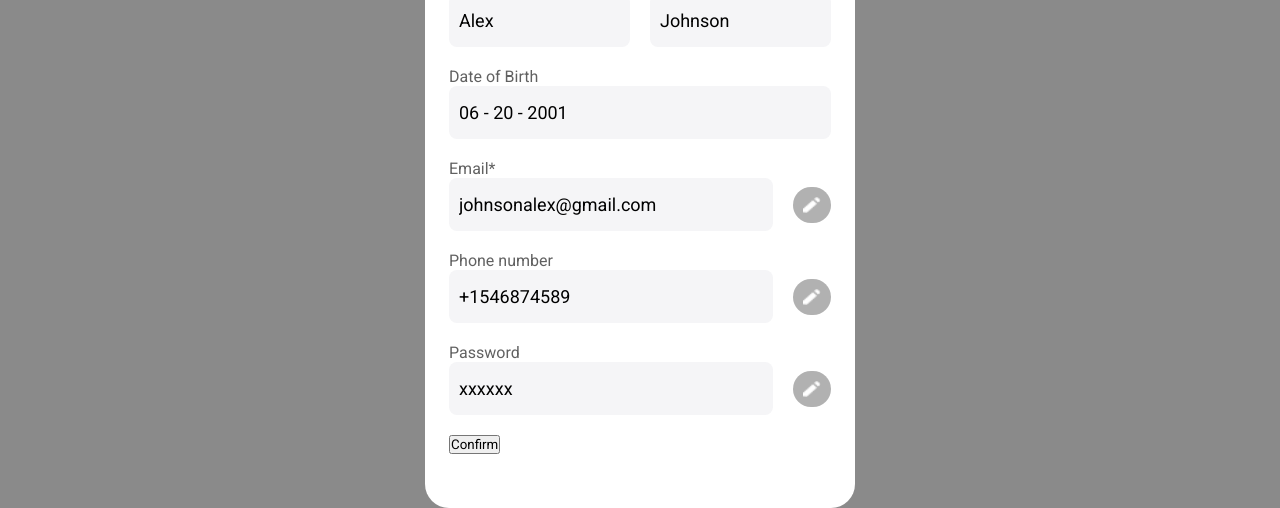
Repository: AytacSafarova/Task-figma-ui
Page: index.html
These files come from the project's save history. The page is drawn as it stood at one moment and after a run of saves; the edit follows.
The browser window is 1280 px wide. The pictures show the part of the page from y = 300 to 808 px (the page is 808 px tall).

Above is the page before, as saved 2023-02-25 17:14:07.

### index.html
<html lang="en">
  <head>
    <meta charset="UTF-8" />
    <meta http-equiv="X-UA-Compatible" content="IE=edge" />
    <meta name="viewport" content="width=device-width, initial-scale=1.0" />
    <link rel="stylesheet" href="./index.css" />
    <title>Document</title>
  </head>
  <body>
    <div class="container">
      <header>
        <svg
          xmlns="http://www.w3.org/2000/svg"
          width="50"
          height="50"
          fill="white"
          class="bi bi-arrow-left"
          viewBox="0 0 16 16"
        >
          <path
            fill-rule="evenodd"
            d="M15 8a.5.5 0 0 0-.5-.5H2.707l3.147-3.146a.5.5 0 1 0-.708-.708l-4 4a.5.5 0 0 0 0 .708l4 4a.5.5 0 0 0 .708-.708L2.707 8.5H14.5A.5.5 0 0 0 15 8z"
          />
        </svg>
        <div>
          <img
            class="avatar"
            src="https://s3-alpha-sig.figma.com/img/2959/89d1/9399ddb7918787ce231f61f9f97ea15b?Expires=1678060800&Signature=C0xFk0h0GI2fI57mIl2Cuhcw9C9DeaDP8Xh22a-eODWN7iSqePwfoeLfXFsw~IB6Ese5ln8LiVrVlhaY3yw~d8Dm6ruKjnM3KalJKEl13uGPoxsW6VkIzsV~XGqpju7Iyb1xsyMSHtG8yI6VMWldnPCjpLq92sj6Axz7ZpRXlxPBoNRbvPcvU~Vd5l8kXx2V67k-gkfoVdUzlOFqDgxw~hcIze3XfzWbqXykXSXDit76bF9ITX6K0DEPn6dScwHg04R4zd5oQMKrY6wMr5HT8-IYTkAgJ6ccXmgX1W4cQ6nlwhDqtiKcVc9BA8viMZhZ9Cu2cURa-73BLVnzPjvjhw__&Key-Pair-Id=APKAQ4GOSFWCVNEHN3O4"
            alt=""
          />
          <div class="circle">
            <img class="vector" src="./images/Vector (1).svg" alt="" />
          </div>
        </div>
        <h1>Alex Johnson</h1>
      </header>
      <form action="">
        <div class="form_title collaj">
          <div class="name">
            <label> First Name </label>

            <input type="text" value="Alex" name="name" />
          </div>
          <div>
            <label> Last Name </label>

            <input type="text" value="Johnson" name="name" />
          </div>
        </div>
        <div class="collaj">
          <label> Date of Birth </label>

          <input type="text" value="06 - 20 - 2001" name="name" />
        </div>
        <div class="collaj">


                <div class="inputLabel collaj">
            <label> Email* </label>
            <div class="iconCollaj">

            <input type="email" value="johnsonalex@gmail.com" name="name" />
        <div class="circle">
            <img class="vector" src="./images/Vector.png" alt="" />
          </div>
          </div>
        </div>

        <div class="inputLabel collaj">
            <label> Phone number </label>
            <div class="iconCollaj">

            <input type="text" value="+1546874589" name="name" />
        <div class="circle">
            <img class="vector" src="./images/Vector.png" alt="" />
          </div>
          </div>
        </div>

        <div class="inputLabel collaj">
            <label> Password </label>
            <div class="iconCollaj">

            <input type="email" value="xxxxxx" name="name" />
        <div class="circle">
            <img class="vector" src="./images/Vector.png" alt="" />
          </div>
          </div>
        </div>
<button type="submit">Confirm</button>

      </form>
    </div>
  </body>
</html>

### index.css
@import url("https://fonts.googleapis.com/css2?family=Roboto:wght@500&display=swap");
@import url('https://fonts.googleapis.com/css2?family=Roboto:wght@400;500&display=swap');
* {
  margin: 0;
  padding: 0;
  box-sizing: border-box;
  font-family: Roboto;
}

body {
  background-color: #8a8a8a;
}
.container {
  width: 430px;
  height: 300px;
  margin: auto;
  border-radius: 24px;
  background: url("https://s3-alpha-sig.figma.com/img/57b8/21bf/6524281b206b72b0a1e17ab08fcf408b?Expires=1678060800&Signature=dZr-K2lwCE5Ckigf8QIxtUhl4TSk0ueejeN7rzCABBnDdToaoYx6nvx2pfkPRKs3~RrBl3GVAyqyEErQNYz-m44bJhV8wbvuoMJ49wxPzzn9-0Sgw35hLz0NSfZkSt4I9YBHM~4CtEH9RewWUhYXG7wU~Q673cPwz~8AbHmEhhuf-W5gD7fRQ91oeiRSaWbOoqbtEVegcvQSyFqxg~x0XWy320~T2FflFitpdu8m3Dna8qcPfX-R6h4CRemO9pB3ltmRu5sw~9qQqcKZLnXpAYFp~rEi~s35MusP6q3sR1inW15SvQsk31uTd5wMDaGITWMuBbP8cCNfFlhLJKeYrA__&Key-Pair-Id=APKAQ4GOSFWCVNEHN3O4");
}
header {
  padding-top: 37px;
  padding-left: 10px;
}
.avatar {
  width: 90px;
  height: 90px;
  border-radius: 50%;
  object-fit: fill;
}
.circle {
  width: 37.95px;
  height: 36px;

  border-radius: 24px;
  padding: 10px;
  background-color: #b1b1b1;
}
.vector {
  width: 17.95px;
  height: 16px;
}
h1 {
  font-family: Roboto;
  font-size: 24px;
  line-height: 28px;
  letter-spacing: 1%;
  color: #ffffff;
  text-align: center;
}
form {
  padding: 34px 24px ;
  background-color: #ffffff;
  border-radius: 24px;
}
.form_title{
    display: flex;
}
.form_title input{
    width: 181px;
    height: 53px;
}
input {
  background-color: #f5f5f7;
 width: 100%;
  padding-top: 16px;
  padding-bottom: 16px;
padding-left: 10px;
  border: none;
  border-radius: 8px;
  font-weight: 400;
  color: #000000
  ;
  font-size: 18px;
}
label{
    display: block;
    color: #616161
    ;
}
.name{
    margin-right: 20px;
}
.collaj{
    margin-bottom: 20px;
}
.iconCollaj{
    display: flex;
}
.iconCollaj .circle{
    margin: auto;
    margin-left: 20px;
}
.inputLabel input{
    Width:
337px;
Height:
53px;
}

After the next 2 saves:
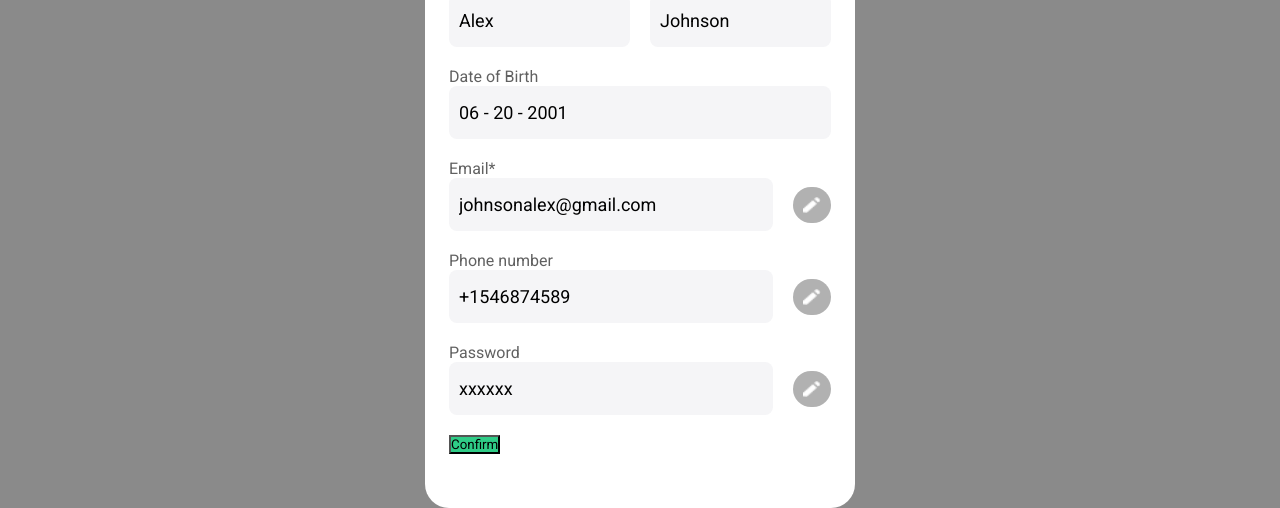
The 2 saves are shown as one change because they came seconds apart.
The last was saved 20 s later.
--- a/index.css
+++ b/index.css
@@ -96,3 +96,8 @@ label{
 Height:
 53px;
 }
+
+button{
+    background-color: #2FCC87
+    ;
+}
